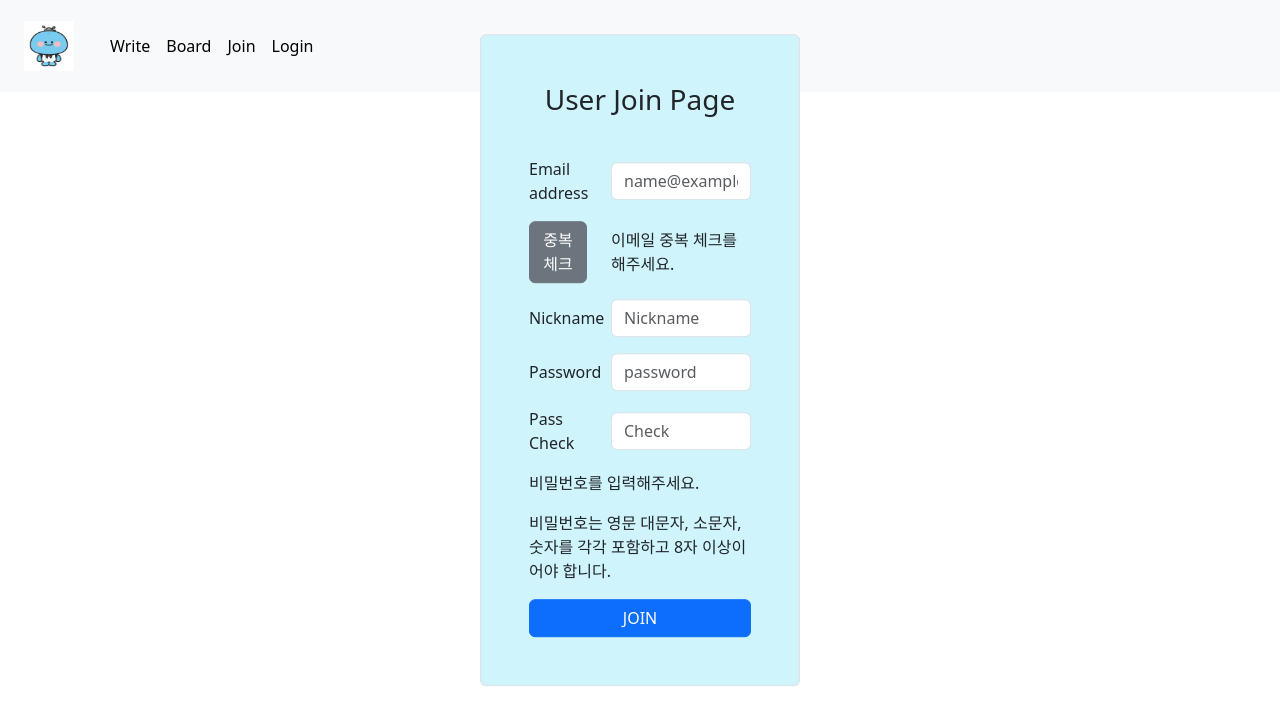
Repository: LeeYouHyeon/6.Spring
Page: http://localhost/spring_project/WEB-INF/views/user/register.jsp
These files come from the project's save history. The page is drawn as it stood at one moment and after the next save; the edit follows.
The browser window is 1280 px wide. The pictures show the whole page.
The page is served by Tomcat 9. Nobody is signed in. The template is opened directly, without the code that normally fills it, so the values that code supplies are empty.

Above is the page before, as saved 2025-06-11 02:09:16.
Console error: TypeError: Cannot read properties of null (reading 'addEventListener')

After the next save:
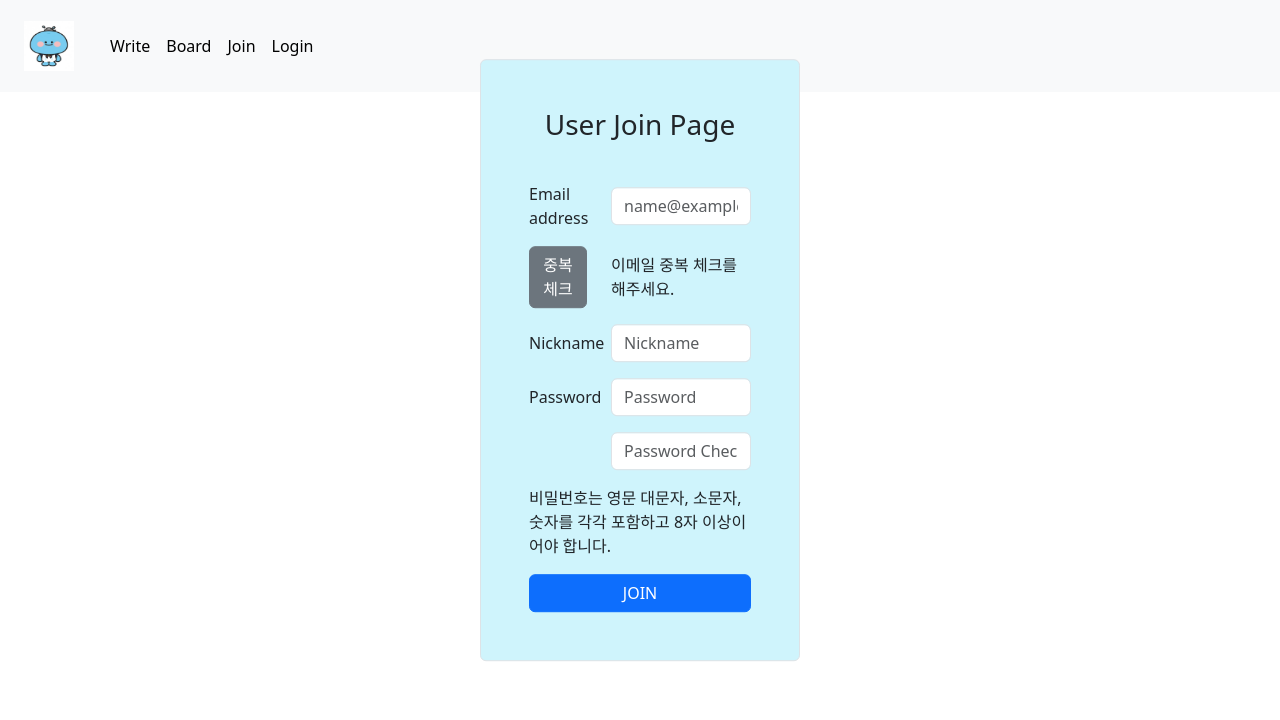
Saved 38 s later.
--- a/spring_project/src/main/webapp/WEB-INF/views/user/register.jsp
+++ b/spring_project/src/main/webapp/WEB-INF/views/user/register.jsp
@@ -46,22 +46,19 @@
 					class="form-control"
 					id="pwd"
 					name="pwd"
-					placeholder="password"
+					placeholder="Password"
 					required>
 			</div>
 		</div>
 		<div class="mb-3 row align-items-center">
-			<div class="col-4">Pass Check</div>
+			<div class="col-4" id="pwdMatchArea"></div>
 			<div class="col-8">
 				<input type="password"
 					class="form-control"
 					id="pwdCheck"
-					placeholder="Check"
+					placeholder="Password Check"
 					required>
 			</div>
-		</div>
-		<div class="mb-3 row align-items-center">
-			<div class="col-12" id="pwdMatchArea">비밀번호를 입력해주세요.</div>
 		</div>
 		<div class="mb-3">비밀번호는 영문 대문자, 소문자, 숫자를 각각 포함하고 8자 이상이어야 합니다.</div>
 		<button type="button" class="btn btn-primary w-100" id="joinBtn">JOIN</button>
